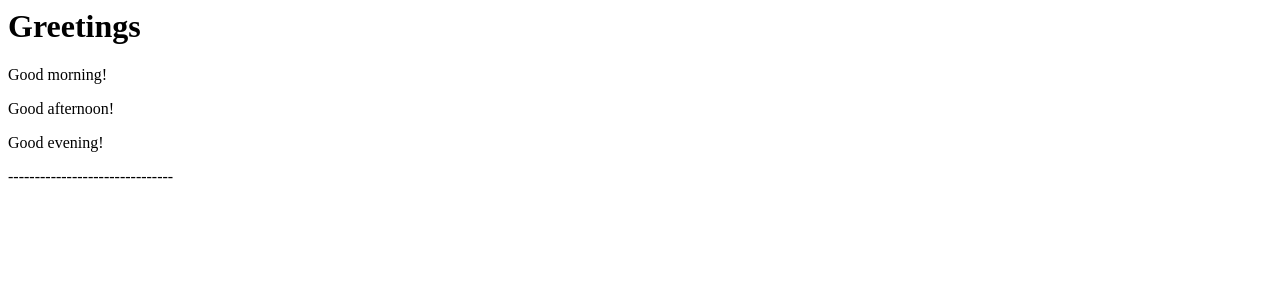
Repository: erinakatagiri/gomi
Page: tasklist/resources/views/tasklists/test.html
The author's editor kept a record of every edit. The page is drawn from the files as they stood at one moment, then again after the next edit.
The browser window is 1280 px wide. The pictures show the whole page.

Above is the page before.

After the next edit:
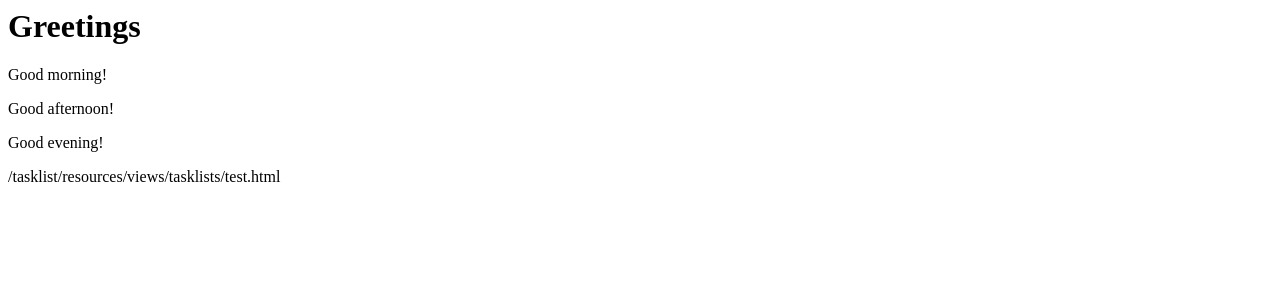
The edit:
--- a/tasklist/resources/views/tasklists/test.html
+++ b/tasklist/resources/views/tasklists/test.html
@@ -14,4 +14,5 @@
     </p>
   </div>
 </body>
--------------------------------
+</html>
+/tasklist/resources/views/tasklists/test.html
